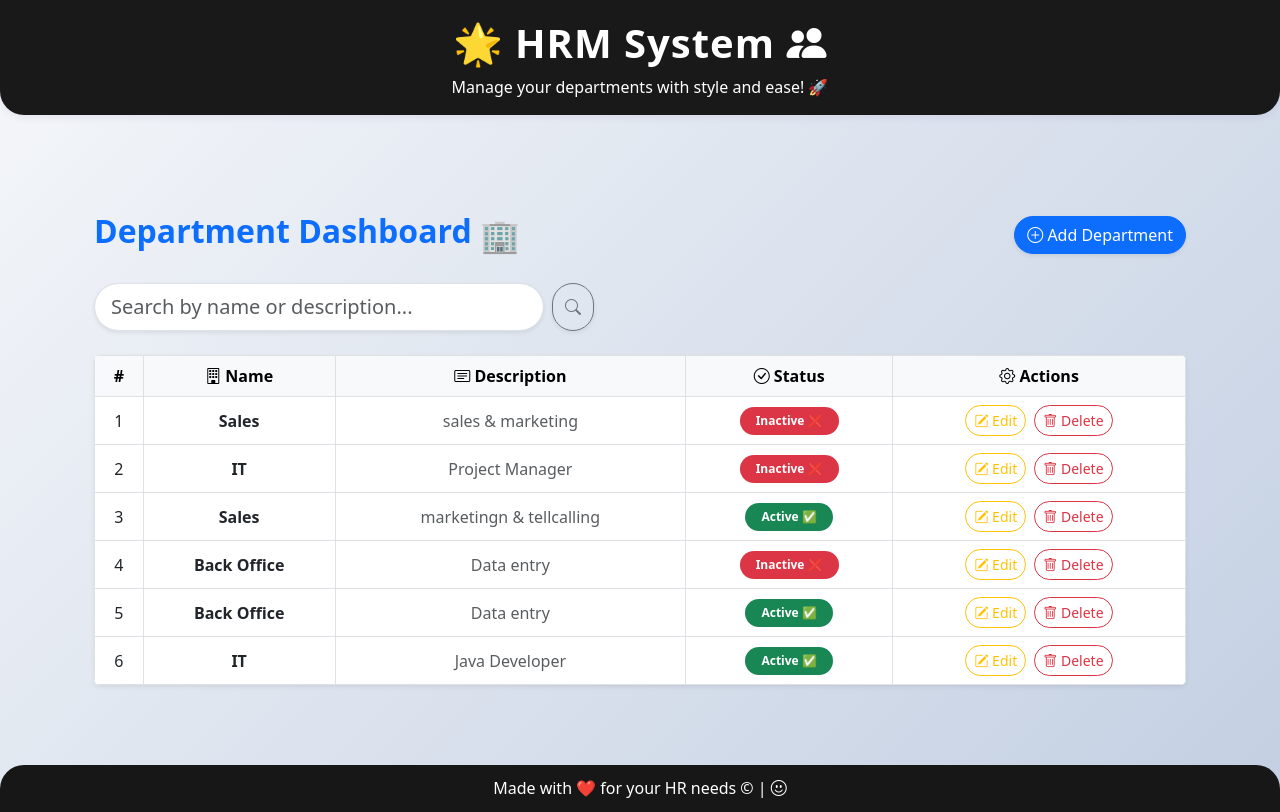
Repository: rtrupti09/HRMS
Page: http://localhost/departments/
The author's editor kept a copy of each file at every save. The page is drawn from the files as they stood at one save, then again after the next save.
The browser window is 1280 px wide. The pictures show the whole page.
The page is served by the project's application, run on Django 5.2 (hrm_system/manage.py). The first stored user is signed in. The page reads the database file committed with the project.

Above is the page before, as saved 2025-06-22 15:43:58.

After the next save:
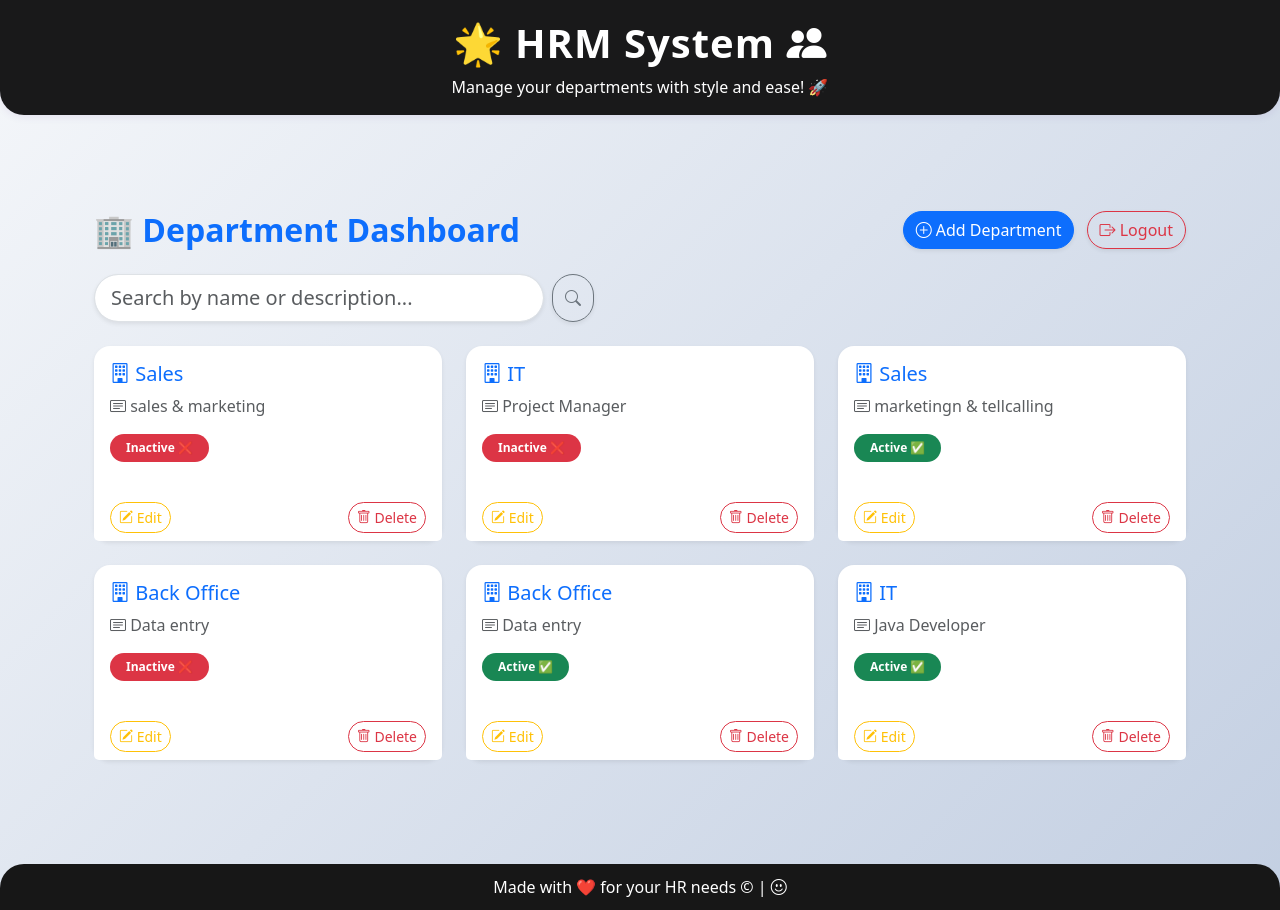
Saved 5 min 21 s later.
--- a/hrm_system/templates/department/dashboard.html
+++ b/hrm_system/templates/department/dashboard.html
@@ -6,15 +6,19 @@
 
 {% block content %}
 <div class="container py-5">
-    <!-- Header -->
+    <!-- Header Section -->
     <div class="d-flex align-items-center justify-content-between mb-4">
         <div class="d-flex align-items-center">
-            <h2 class="me-2 text-primary fw-bold">Department Dashboard</h2>
-            <span class="fs-2">🏢</span>
+            <h2 class="me-3 text-primary fw-bold mb-0">🏢 Department Dashboard</h2>
         </div>
-        <a href="{% url 'add_department' %}" class="btn btn-primary shadow-sm" style="border-radius: 30px;">
-            <i class="bi bi-plus-circle"></i> Add Department
-        </a>
+        <div>
+            <a href="{% url 'add_department' %}" class="btn btn-primary shadow-sm me-2" style="border-radius: 30px;">
+                <i class="bi bi-plus-circle"></i> Add Department
+            </a>
+            <a href="{% url 'logout' %}" class="btn btn-outline-danger shadow-sm" style="border-radius: 30px;">
+                <i class="bi bi-box-arrow-right"></i> Logout
+            </a>
+        </div>
     </div>
 
     <!-- Search Form -->
@@ -25,47 +29,43 @@
         </button>
     </form>
 
-    <!-- Department Table -->
-    <div class="table-responsive rounded shadow-sm">
-        <table class="table table-bordered table-hover align-middle mb-0" style="background-color: #ffffff;">
-            <thead class="table-light">
-                <tr class="text-center">
-                    <th>#</th>
-                    <th><i class="bi bi-building"></i> Name</th>
-                    <th><i class="bi bi-card-text"></i> Description</th>
-                    <th><i class="bi bi-check-circle"></i> Status</th>
-                    <th><i class="bi bi-gear"></i> Actions</th>
-                </tr>
-            </thead>
-            <tbody>
-                {% for dept in departments %}
-                <tr class="text-center">
-                    <td>{{ forloop.counter }}</td>
-                    <td class="fw-semibold text-capitalize text-dark">{{ dept.dept_name }}</td>
-                    <td class="text-muted">{{ dept.description }}</td>
-                    <td>
+    <!-- Department Cards -->
+    <div class="row">
+        {% for dept in departments %}
+        <div class="col-md-6 col-lg-4 mb-4">
+            <div class="card shadow-sm h-100 border-0 rounded-4">
+                <div class="card-body">
+                    <h5 class="card-title text-primary text-capitalize">
+                        <i class="bi bi-building"></i> {{ dept.dept_name }}
+                    </h5>
+                    <p class="card-text text-muted">
+                        <i class="bi bi-card-text"></i> {{ dept.description }}
+                    </p>
+                    <p>
                         {% if dept.status %}
-                            <span class="badge bg-success px-3 py-2 rounded-pill">Active ✅</span>
+                        <span class="badge bg-success px-3 py-2 rounded-pill">Active ✅</span>
                         {% else %}
-                            <span class="badge bg-danger px-3 py-2 rounded-pill">Inactive ❌</span>
+                        <span class="badge bg-danger px-3 py-2 rounded-pill">Inactive ❌</span>
                         {% endif %}
-                    </td>
-                    <td>
-                        <a href="{% url 'edit_department' dept.id %}" class="btn btn-sm btn-outline-warning rounded-pill me-1">
-                            <i class="bi bi-pencil-square"></i> Edit
-                        </a>
-                        <a href="{% url 'delete_department' dept.id %}" class="btn btn-sm btn-outline-danger rounded-pill">
-                            <i class="bi bi-trash"></i> Delete
-                        </a>
-                    </td>
-                </tr>
-                {% empty %}
-                <tr>
-                    <td colspan="5" class="text-center text-muted py-4">😕 No departments found.</td>
-                </tr>
-                {% endfor %}
-            </tbody>
-        </table>
+                    </p>
+                </div>
+                <div class="card-footer bg-white border-0 d-flex justify-content-between">
+                    <a href="{% url 'edit_department' dept.id %}" class="btn btn-sm btn-outline-warning rounded-pill">
+                        <i class="bi bi-pencil-square"></i> Edit
+                    </a>
+                    <a href="{% url 'delete_department' dept.id %}" class="btn btn-sm btn-outline-danger rounded-pill">
+                        <i class="bi bi-trash"></i> Delete
+                    </a>
+                </div>
+            </div>
+        </div>
+        {% empty %}
+        <div class="col-12">
+            <div class="alert alert-info text-center rounded-4 shadow-sm" role="alert">
+                😕 No departments found.
+            </div>
+        </div>
+        {% endfor %}
     </div>
 </div>
 {% endblock %}

After the save that followed:
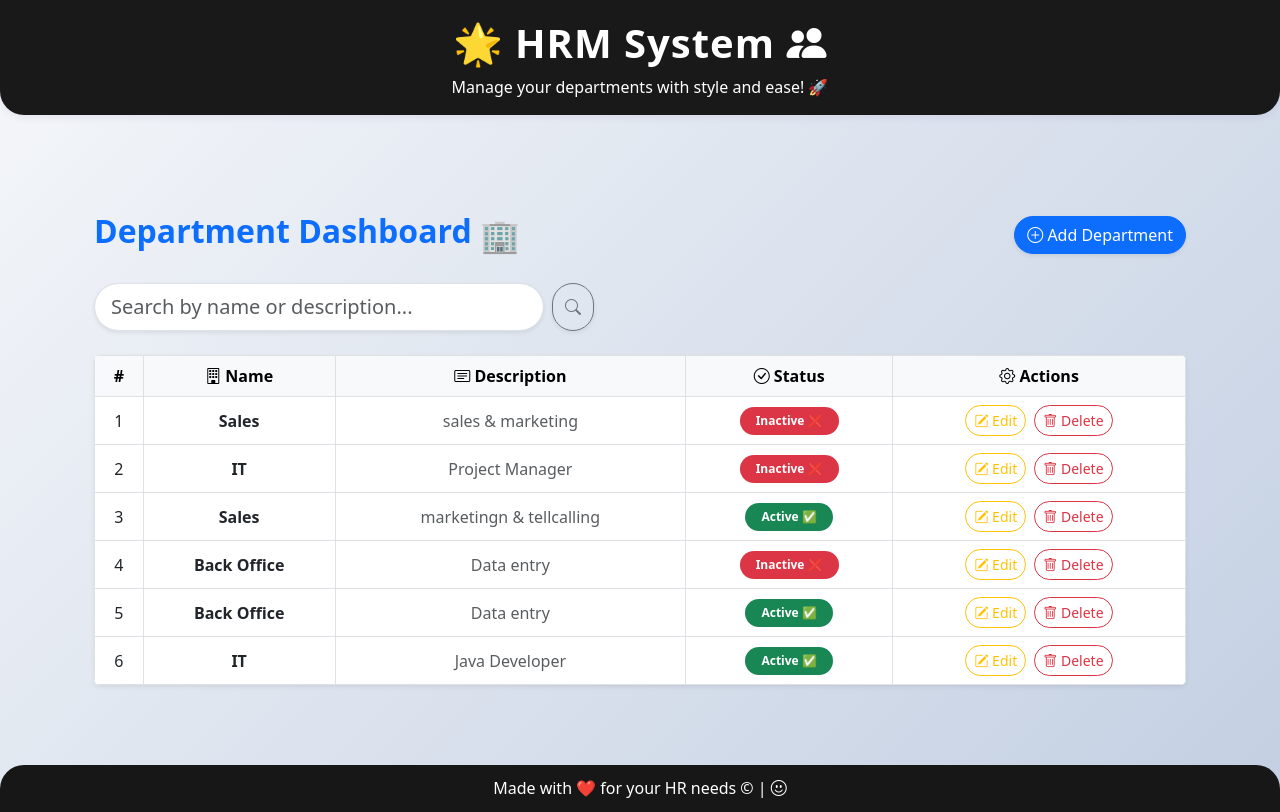
Saved 21 s later.
--- a/hrm_system/templates/department/dashboard.html
+++ b/hrm_system/templates/department/dashboard.html
@@ -6,19 +6,15 @@
 
 {% block content %}
 <div class="container py-5">
-    <!-- Header Section -->
+    <!-- Header -->
     <div class="d-flex align-items-center justify-content-between mb-4">
         <div class="d-flex align-items-center">
-            <h2 class="me-3 text-primary fw-bold mb-0">🏢 Department Dashboard</h2>
+            <h2 class="me-2 text-primary fw-bold">Department Dashboard</h2>
+            <span class="fs-2">🏢</span>
         </div>
-        <div>
-            <a href="{% url 'add_department' %}" class="btn btn-primary shadow-sm me-2" style="border-radius: 30px;">
-                <i class="bi bi-plus-circle"></i> Add Department
-            </a>
-            <a href="{% url 'logout' %}" class="btn btn-outline-danger shadow-sm" style="border-radius: 30px;">
-                <i class="bi bi-box-arrow-right"></i> Logout
-            </a>
-        </div>
+        <a href="{% url 'add_department' %}" class="btn btn-primary shadow-sm" style="border-radius: 30px;">
+            <i class="bi bi-plus-circle"></i> Add Department
+        </a>
     </div>
 
     <!-- Search Form -->
@@ -29,43 +25,47 @@
         </button>
     </form>
 
-    <!-- Department Cards -->
-    <div class="row">
-        {% for dept in departments %}
-        <div class="col-md-6 col-lg-4 mb-4">
-            <div class="card shadow-sm h-100 border-0 rounded-4">
-                <div class="card-body">
-                    <h5 class="card-title text-primary text-capitalize">
-                        <i class="bi bi-building"></i> {{ dept.dept_name }}
-                    </h5>
-                    <p class="card-text text-muted">
-                        <i class="bi bi-card-text"></i> {{ dept.description }}
-                    </p>
-                    <p>
+    <!-- Department Table -->
+    <div class="table-responsive rounded shadow-sm">
+        <table class="table table-bordered table-hover align-middle mb-0" style="background-color: #ffffff;">
+            <thead class="table-light">
+                <tr class="text-center">
+                    <th>#</th>
+                    <th><i class="bi bi-building"></i> Name</th>
+                    <th><i class="bi bi-card-text"></i> Description</th>
+                    <th><i class="bi bi-check-circle"></i> Status</th>
+                    <th><i class="bi bi-gear"></i> Actions</th>
+                </tr>
+            </thead>
+            <tbody>
+                {% for dept in departments %}
+                <tr class="text-center">
+                    <td>{{ forloop.counter }}</td>
+                    <td class="fw-semibold text-capitalize text-dark">{{ dept.dept_name }}</td>
+                    <td class="text-muted">{{ dept.description }}</td>
+                    <td>
                         {% if dept.status %}
-                        <span class="badge bg-success px-3 py-2 rounded-pill">Active ✅</span>
+                            <span class="badge bg-success px-3 py-2 rounded-pill">Active ✅</span>
                         {% else %}
-                        <span class="badge bg-danger px-3 py-2 rounded-pill">Inactive ❌</span>
+                            <span class="badge bg-danger px-3 py-2 rounded-pill">Inactive ❌</span>
                         {% endif %}
-                    </p>
-                </div>
-                <div class="card-footer bg-white border-0 d-flex justify-content-between">
-                    <a href="{% url 'edit_department' dept.id %}" class="btn btn-sm btn-outline-warning rounded-pill">
-                        <i class="bi bi-pencil-square"></i> Edit
-                    </a>
-                    <a href="{% url 'delete_department' dept.id %}" class="btn btn-sm btn-outline-danger rounded-pill">
-                        <i class="bi bi-trash"></i> Delete
-                    </a>
-                </div>
-            </div>
-        </div>
-        {% empty %}
-        <div class="col-12">
-            <div class="alert alert-info text-center rounded-4 shadow-sm" role="alert">
-                😕 No departments found.
-            </div>
-        </div>
-        {% endfor %}
+                    </td>
+                    <td>
+                        <a href="{% url 'edit_department' dept.id %}" class="btn btn-sm btn-outline-warning rounded-pill me-1">
+                            <i class="bi bi-pencil-square"></i> Edit
+                        </a>
+                        <a href="{% url 'delete_department' dept.id %}" class="btn btn-sm btn-outline-danger rounded-pill">
+                            <i class="bi bi-trash"></i> Delete
+                        </a>
+                    </td>
+                </tr>
+                {% empty %}
+                <tr>
+                    <td colspan="5" class="text-center text-muted py-4">😕 No departments found.</td>
+                </tr>
+                {% endfor %}
+            </tbody>
+        </table>
     </div>
 </div>
 {% endblock %}
